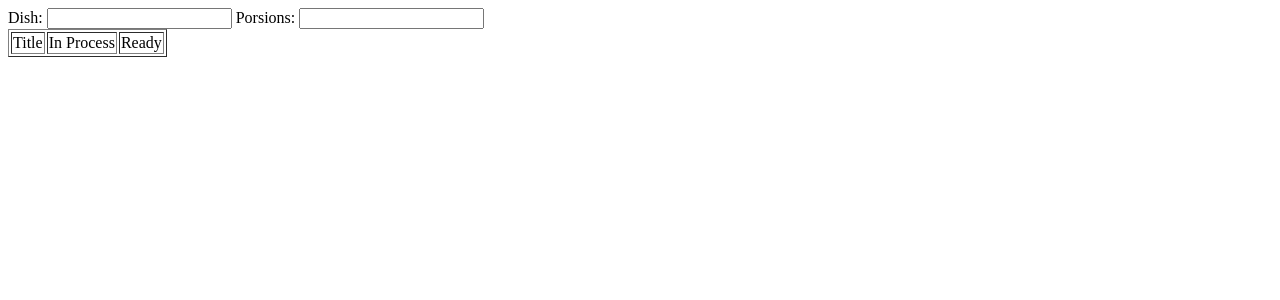
Repository: KseniaMakara/Web
Page: / (app in Vue.js/Vue/app/)
The author's editor kept a copy of each file at every save. The page is drawn from the files as they stood at one save, then again after the next save.
The browser window is 1280 px wide. The pictures show the whole page.
The project was rebuilt for these pictures with package versions that can differ from the ones it lists, and the page was loaded fresh each time.

Above is the page before, as saved 2021-09-18 20:10:36.

After the next save:
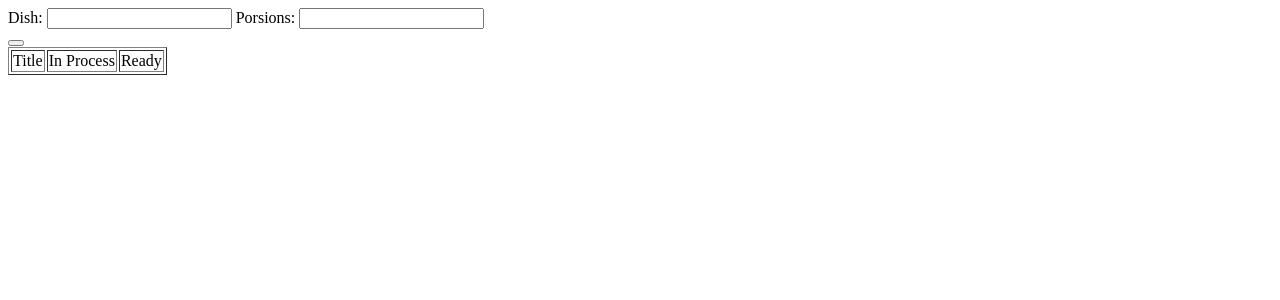
Saved 71 s later.
--- a/Vue.js/Vue/app/src/App.vue
+++ b/Vue.js/Vue/app/src/App.vue
@@ -8,6 +8,9 @@
         <input type="number" v-model="dishCount">
       </label>
       <div>
+        <button @click="addToTable"></button>
+      </div>
+      <div>
         <table border="1px">
           <thead>
             <td>Title</td>
@@ -16,7 +19,7 @@
           </thead>
           <tbody>
             <tr v-for="dishEl in dishList" :key="id" >
-              <td></td>
+              <td>{{}}</td>
               <td></td>
               <td></td>
             </tr>
